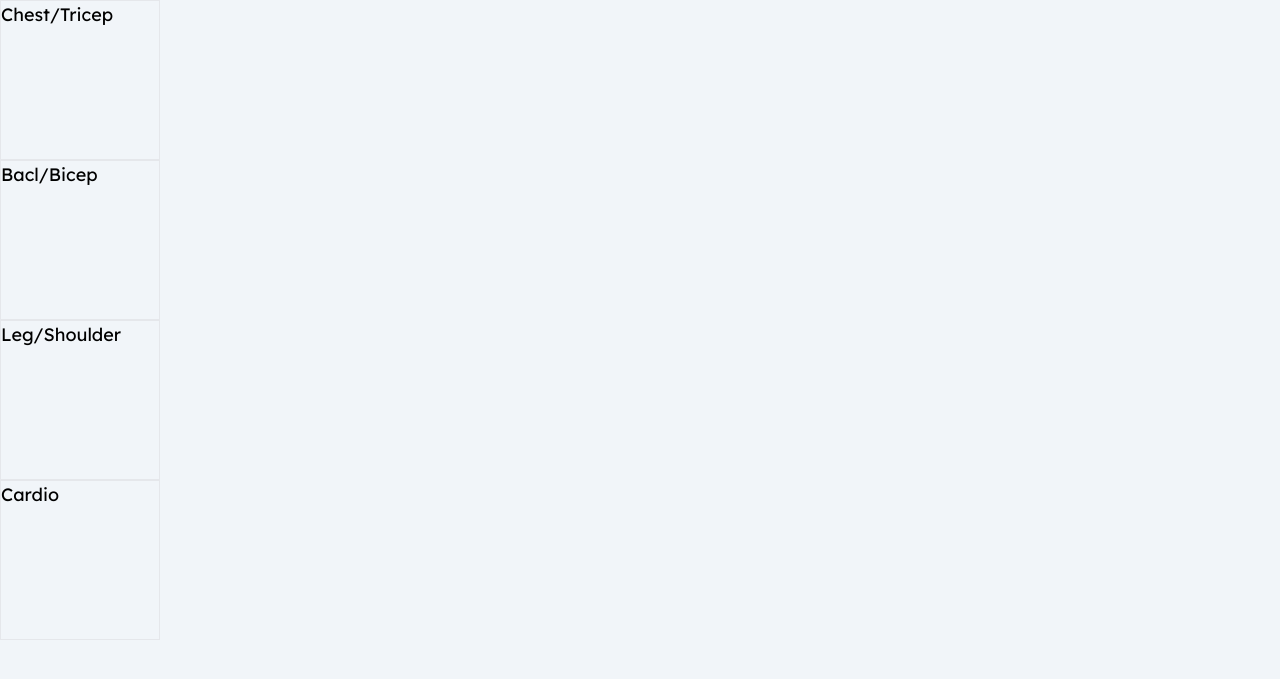
Repository: stavan30/tracker
Page: /
An editor plug-in stored every save of this project. The page is shown before and after the next save, followed by the edit.
The browser window is 1280 px wide. The pictures show the whole page.
The project was rebuilt for these pictures with package versions that can differ from the ones it lists, and the page was loaded fresh each time. Also part of the build but not shown: vite.config.js.

Above is the page before, as saved 2024-02-23 17:53:04.

After the next save:
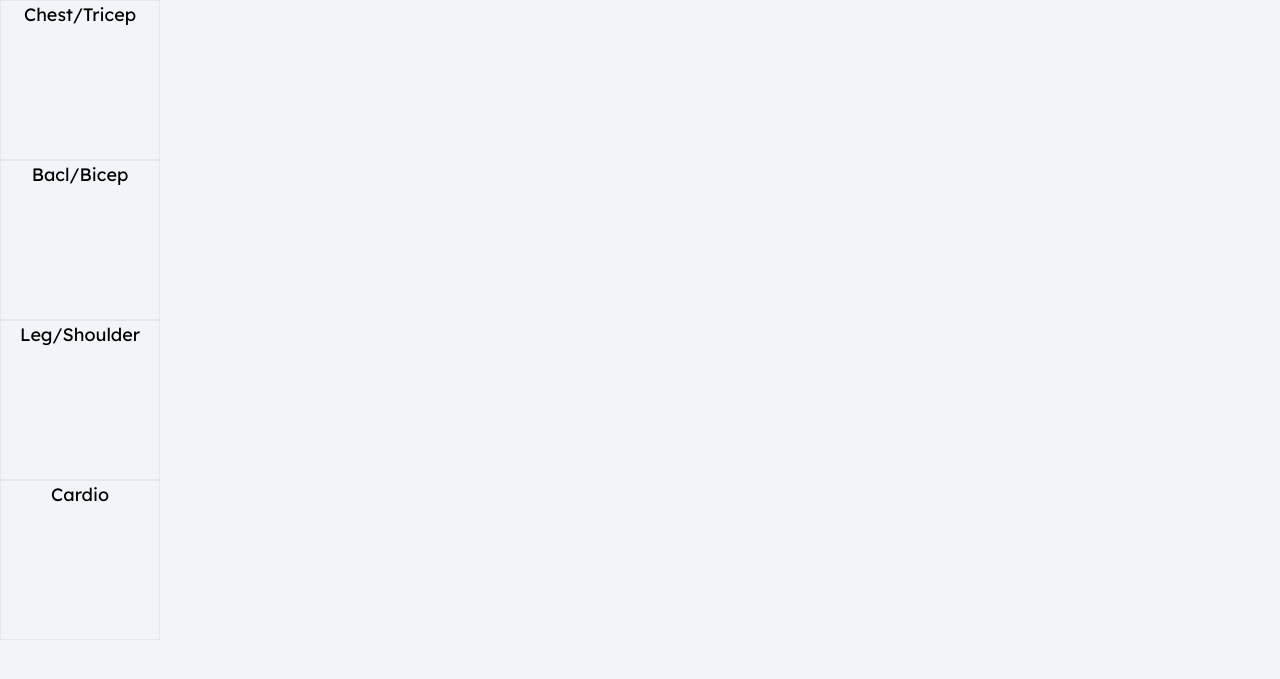
Saved 21 s later.
--- a/src/Components/Card.jsx
+++ b/src/Components/Card.jsx
@@ -2,7 +2,7 @@
 
 const Card = (props) => {
   return (
-    <div className='text-black text-lg font-lex border h-40 w-40'>{props.day}</div>
+    <div className='text-black text-lg font-lex border h-40 w-40 text-center'>{props.day}</div>
   )
 }
 

After the 4 saves that followed:
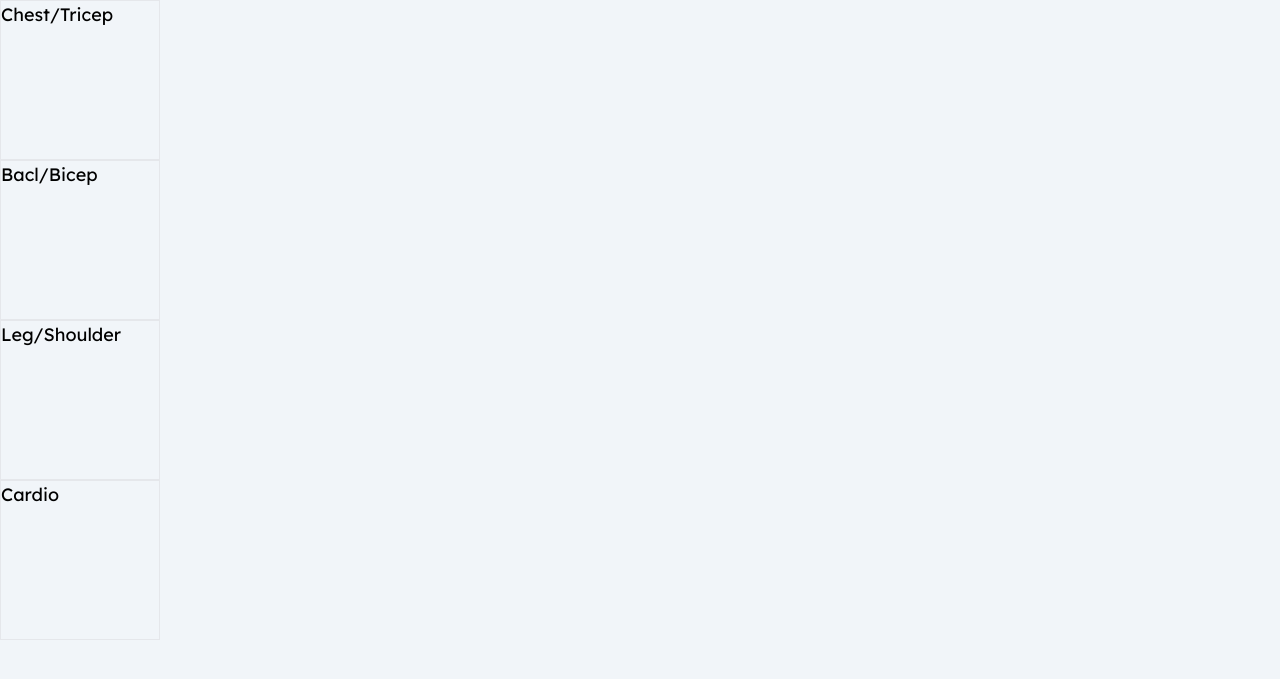
The 4 saves are shown as one change because 3 left the picture as it was.
The last was saved 2 min 13 s later.
--- a/src/Components/Card.jsx
+++ b/src/Components/Card.jsx
@@ -2,7 +2,7 @@
 
 const Card = (props) => {
   return (
-    <div className='text-black text-lg font-lex border h-40 w-40 text-center'>{props.day}</div>
+    <div className='text-black text-lg font-lex border h-40 w-40 text-center flex'>{props.day}</div>
   )
 }
 
